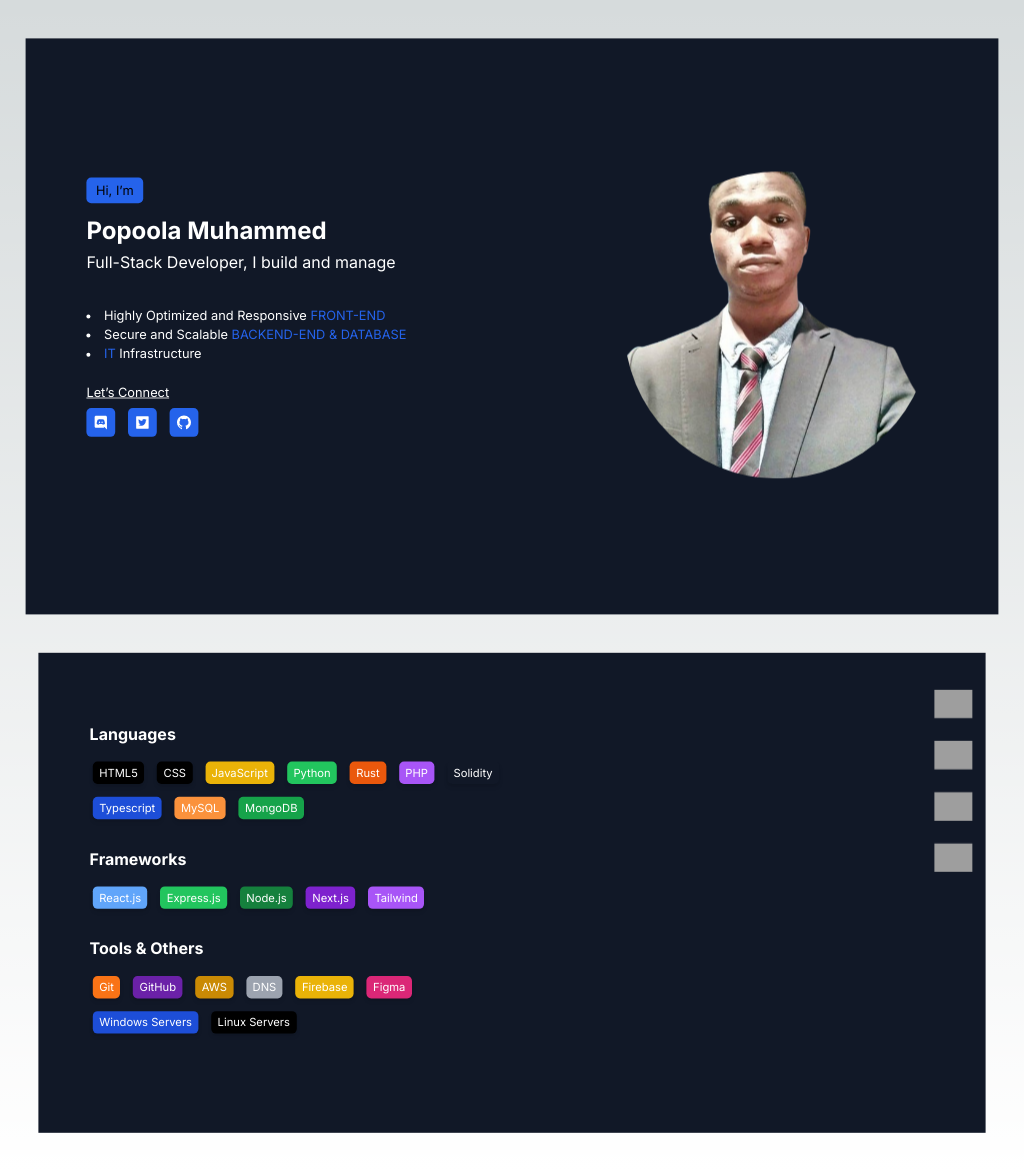
Repository: muhammedctgr/hammedctgr
Page: /
These files come from the project's save history. The page is drawn as it stood at one moment and after the next save; the edit follows.
The browser window is 1280 px wide. The pictures show the whole page, at 80% of full size.
Pictures or frames that could not be fetched are drawn as grey boxes. The project was rebuilt for these pictures with package versions that can differ from the ones it lists, and the page was loaded fresh each time. The framework's server and built-in components were replaced by stand-ins that run in the browser. Also part of the build but not shown: next.config.mjs.

Above is the page before, as saved 2024-08-01 15:09:04.

### app/layout.tsx
import type { Metadata } from "next";
import { Inter } from "next/font/google";
import "./globals.css";

const inter = Inter({ subsets: ["latin"] });

export const metadata: Metadata = {
  title: "Popoola Muhammed",
  description: "Generated by create next app",
};

export default function RootLayout({
  children,
}: Readonly<{
  children: React.ReactNode;
}>) {
  return (
    <html lang="en">
      <body className={inter.className}>{children}</body>
    </html>
  );
}

### app/page.tsx
import Head from 'next/head';
import Hero from '../components/Hero';
import SkillsSection from '@/components/SkillsSection';


const Home = () => (
  <div>
    <Head>
      <title>Popoola Muhammed</title>
      <meta name="description" content="Welcome to my developer portfolio" />
    </Head>

    <Hero />
    <SkillsSection />
  </div>
);

export default Home;

### app/globals.css
@tailwind base;
@tailwind components;
@tailwind utilities;

:root {
  --foreground-rgb: 0, 0, 0;
  --background-start-rgb: 214, 219, 220;
  --background-end-rgb: 255, 255, 255;
}

@media (prefers-color-scheme: dark) {
  :root {
    --foreground-rgb: 255, 255, 255;
    --background-start-rgb: 0, 0, 0;
    --background-end-rgb: 0, 0, 0;
  }
}

body {
  color: rgb(var(--foreground-rgb));
  background: linear-gradient(
      to bottom,
      transparent,
      rgb(var(--background-end-rgb))
    )
    rgb(var(--background-start-rgb));
}

@layer utilities {
  .text-balance {
    text-wrap: balance;
  }
}


@keyframes upDown {
  0%, 100% {
    transform: translateY(0);
  }
  50% {
    transform: translateY(-10px); /* Adjust the value as needed */
  }
}

.animate-upDown {
  animation: upDown 2s infinite ease-in-out; /* Adjust duration as needed */
}

### components/Hero.tsx
import Image from 'next/image';
import profilePic from '../public/profile.png';
import { AiFillDiscord, AiFillGithub, AiFillTwitterSquare, AiFillX } from 'react-icons/ai';

const Hero = () => {
  return (
    <section className="bg-gray-900 m-12 mx-8  text-white min-h-screen flex items-center">
      <div className="container mx-auto flex flex-col md:flex-row items-center">
        <div className="flex-1 text-left md:text-left p-5 m-14 mt-2">
          <div className="inline-block bg-blue-600 text-black py-1 px-3 mb-4 rounded-md">
            Hi, I’m
          </div>
          <div className="mb-10">
          <h1 className="text-2xl md:text-3xl font-bold">Popoola Muhammed</h1>
          <p className="mt-2  md:text-xl">Full-Stack Developer, I build and manage</p>
          </div>
          <ul className="mt-4 list-disc list-inside whitespace-nowrap">
            <li>Highly Optimized and Responsive <span className="text-blue-600">FRONT-END</span></li>
            <li>Secure and Scalable <span className="text-blue-600">BACKEND-END & DATABASE</span></li>
            <li><span className="text-blue-600">IT</span> Infrastructure</li>
          </ul>
          <div className="mt-6">
            <a href="#contact" className=" underline">Let’s Connect</a>
            <div className="mt-2 flex md:justify-start space-x-4">
              <a href="#" className="bg-blue-600 p-2 rounded-md">
                <AiFillDiscord size={20} />
              </a>
              <a href="#" className="bg-blue-600 p-2 rounded-md">
                <AiFillTwitterSquare size={20} />
              </a>
              <a href="#" className="bg-blue-600 p-2 rounded-md">
                <AiFillGithub size={20} />
              </a>
            </div>
          </div>
        </div>
        <div className="flex-1 p-5">
          <div className="relative w-48 h-48 mx-auto md:w-72 md:h-72 lg:w-96 lg:h-96">
            <Image src={profilePic} alt="Popoola Muhammed" layout="fill" className="rounded-full object-cover animate-upDown" />
          </div>
        </div>
      </div>
    </section>
  );
};

export default Hero;

### components/SkillsSection.tsx
import Image from 'next/image';
import { FC } from 'react';

interface SkillCategory {
  title: string;
  skills: { name: string; color: string; }[];
}

const skills: SkillCategory[] = [
  {
    title: "Languages",
    skills: [
      { name: "HTML5", color: "bg-black" },
      { name: "CSS", color: "bg-black"},
      { name: "JavaScript", color: "bg-yellow-500" },
      { name: "Python", color: "bg-green-500" },
      { name: "Rust", color: "bg-orange-600" },
      { name: "PHP", color: "bg-purple-500" },
      { name: "Solidity", color: "bg-black-500" },
      { name: "Typescript", color: "bg-blue-700" },
      { name: "MySQL", color: "bg-orange-400" },
      { name: "MongoDB", color: "bg-green-600" },
    ],
  },
  {
    title: "Frameworks",
    skills: [
      { name: "React.js", color: "bg-blue-400" },
      { name: "Express.js", color: "bg-green-500" },
      { name: "Node.js", color: "bg-green-700" },
      { name: "Next.js", color: "bg-purple-700" },
      { name: "Tailwind", color: "bg-purple-500" },
    ],
  },
  {
    title: "Tools & Others",
    skills: [
      { name: "Git", color: "bg-orange-500" },
      { name: "GitHub", color: "bg-purple-800" },
      { name: "AWS", color: "bg-yellow-600" },
      { name: "DNS", color: "bg-gray-400" },
      { name: "Firebase", color: "bg-yellow-500" },
      { name: "Figma", color: "bg-pink-600" },
      { name: "Windows Servers", color: "bg-blue-700" },
      { name: "Linux Servers", color: "bg-black" },
    ],
  },
];

const icons = [
  "/icons/html5.svg", // Replace with your icon paths
  "/icons/css3.svg",
  "/icons/javascript.svg",
  "/icons/python.svg",
  // Add the rest of the icons as needed
];

const SkillsSection: FC = () => {
  return (
    <section className="py-10 m-12 bg-gray-900 text-white">
      <div className="container mx-auto px-4 flex flex-col md:flex-row">
        <div className="flex-1 m-12">
          {skills.map((category) => (
            <div key={category.title} className="mb-8">
              <h2 className="text-xl font-bold mb-4">{category.title}</h2>
              <div className="flex flex-wrap gap-2">
                {category.skills.map((skill) => (
                  <span
                    key={skill.name}
                    className={`px-2 py-1 m-1 rounded-md text-sm ${skill.color} shadow-md`}
                  >
                    {skill.name}
                  </span>
                ))}
              </div>
            </div>
          ))}
        </div>
        <div className="flex-1 flex flex-col items-center md:items-end">
          <div className="grid grid-cols-3 md:grid-cols-1 gap-4">
            {icons.map((src, index) => (
              <div key={index} className="w-12 h-12 relative">
                <Image src={src} alt={`icon-${index}`} layout="fill" objectFit="contain" />
              </div>
            ))}
          </div>
        </div>
      </div>
    </section>
  );
};

export default SkillsSection;

Loaded but not shown: tailwind.config.ts (common file)

After the next save:
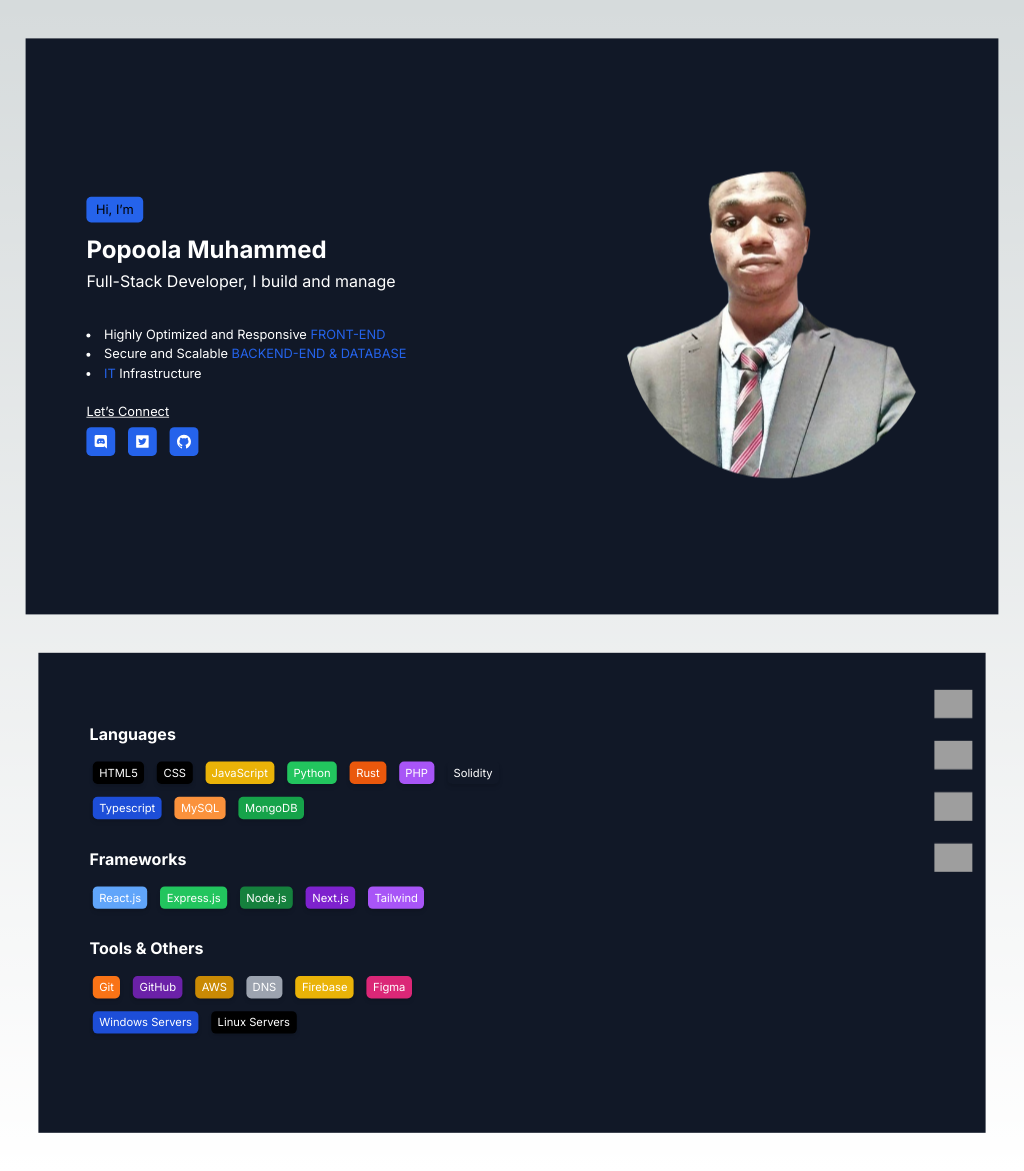
Saved 9 s later.
--- a/components/Hero.tsx
+++ b/components/Hero.tsx
@@ -6,7 +6,7 @@
   return (
     <section className="bg-gray-900 m-12 mx-8  text-white min-h-screen flex items-center">
       <div className="container mx-auto flex flex-col md:flex-row items-center">
-        <div className="flex-1 text-left md:text-left p-5 m-14 mt-2">
+        <div className="flex-1 text-left md:text-left p-5 m-14 ">
           <div className="inline-block bg-blue-600 text-black py-1 px-3 mb-4 rounded-md">
             Hi, I’m
           </div>

After the save that followed:
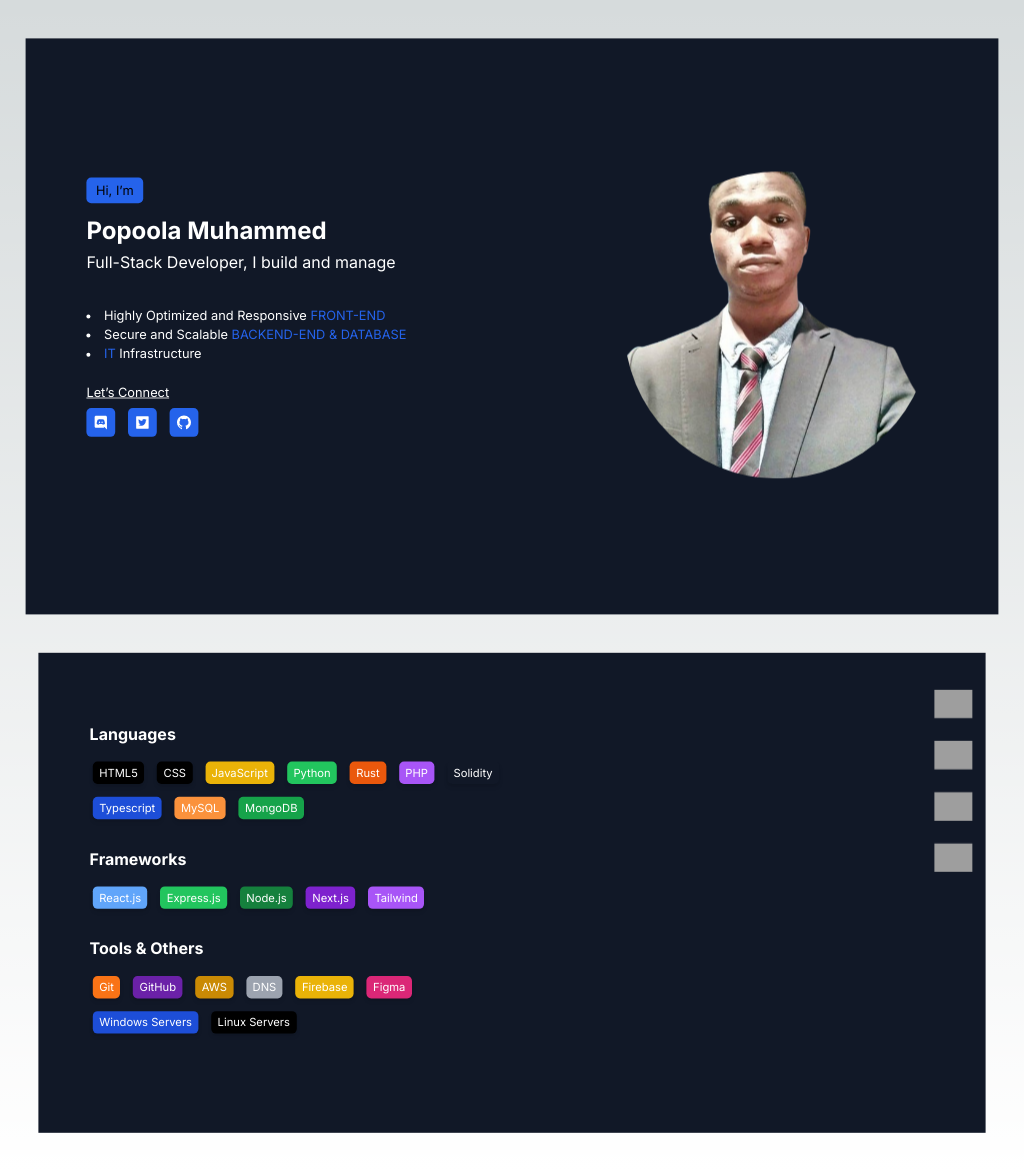
Saved 5 s later.
--- a/components/Hero.tsx
+++ b/components/Hero.tsx
@@ -6,7 +6,7 @@
   return (
     <section className="bg-gray-900 m-12 mx-8  text-white min-h-screen flex items-center">
       <div className="container mx-auto flex flex-col md:flex-row items-center">
-        <div className="flex-1 text-left md:text-left p-5 m-14 ">
+        <div className="flex-1 text-left md:text-left p-5 m-14 mt-2">
           <div className="inline-block bg-blue-600 text-black py-1 px-3 mb-4 rounded-md">
             Hi, I’m
           </div>
